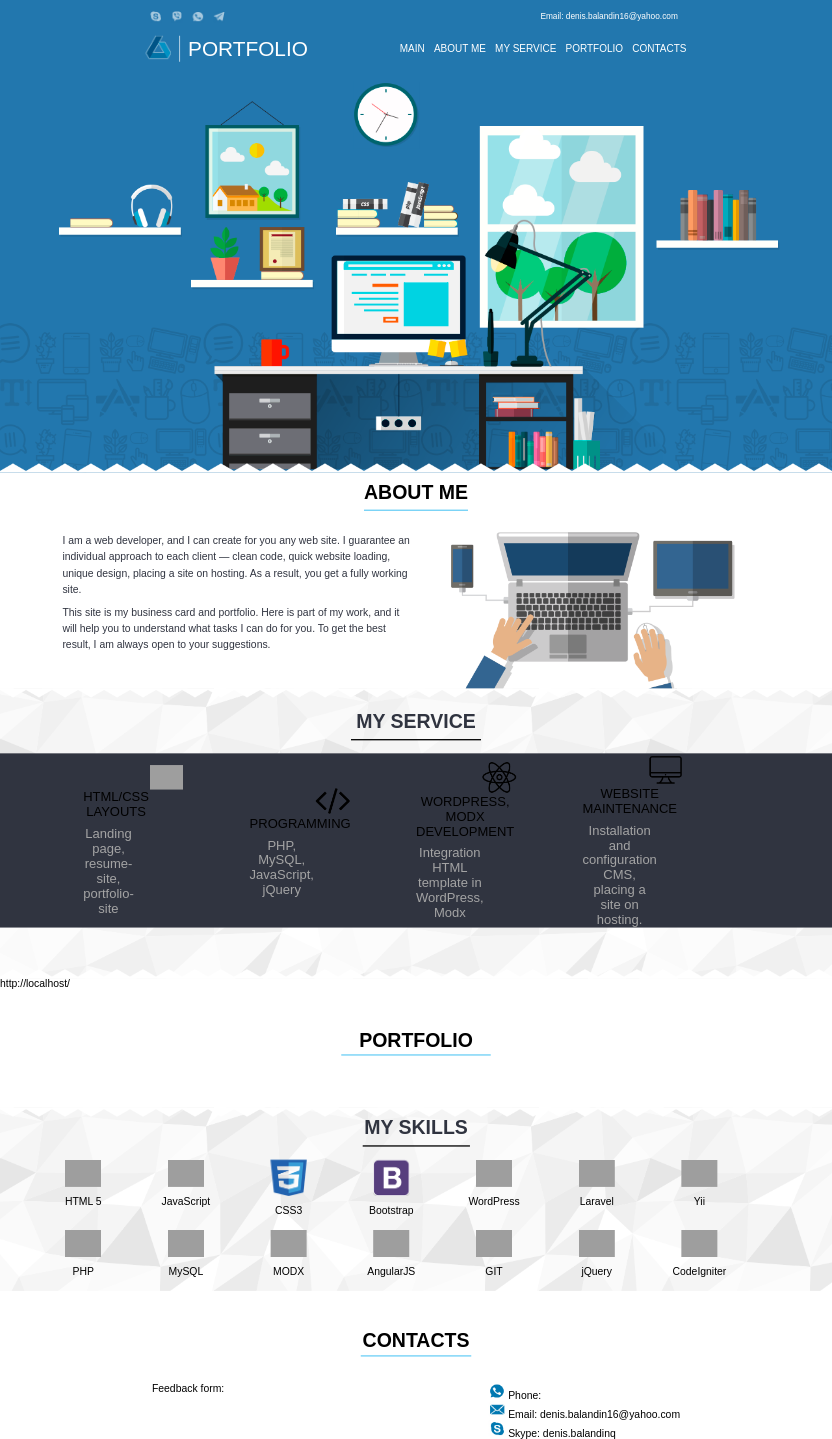
Repository: DenisBalandin/Portfolio
Page: /
These files come from the project's save history. The page is drawn as it stood at one moment and after the next save; the edit follows.
The browser window is 1280 px wide. The pictures show the whole page, at 65% of full size.
Pictures or frames that could not be fetched are drawn as grey boxes. The page's requests for data from a server got no answer. The project was rebuilt for these pictures with package versions that can differ from the ones it lists, and the page was loaded fresh each time. No one was signed in, and anything a server would have sent is missing. Also part of the build but not shown: src/ItemPage.js.

Above is the page before, as saved 2020-03-07 12:56:19.

After the next save:
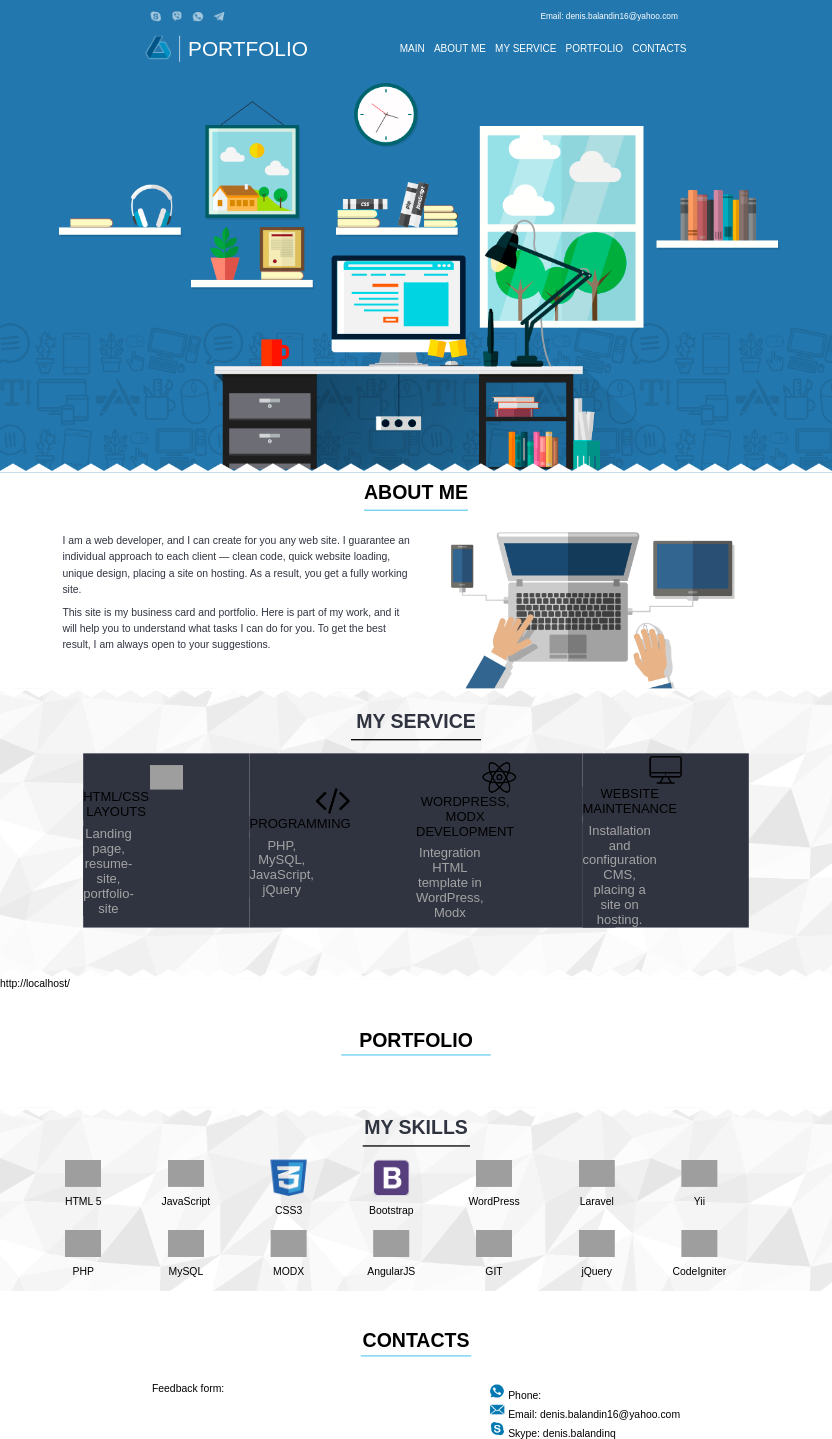
Saved 11 s later.
--- a/src/style.scss
+++ b/src/style.scss
@@ -255,8 +255,9 @@
         display: flex;
         flex-wrap: wrap;
         justify-content: center;
-        background: #303440;
+
         div{
+            background: #303440;
             display: flex;
             flex-direction:column;
             flex-wrap: wrap;
